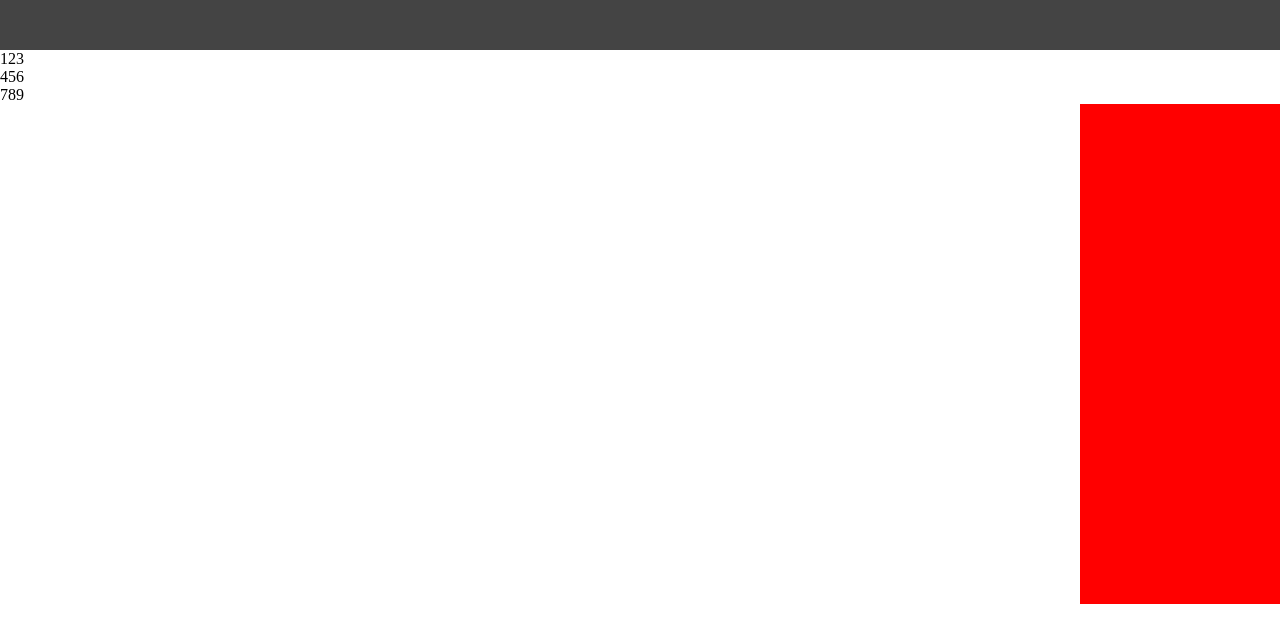
Repository: jinggegeZ/cnode
Page: /home
An editor plug-in stored every save of this project. The page is shown before and after the next save, followed by the edit.
The browser window is 1280 px wide. The pictures show the whole page.
The project was rebuilt for these pictures with package versions that can differ from the ones it lists, and the page was loaded fresh each time.

Above is the page before, as saved 2020-06-04 18:52:42.

### src/App.vue
<template>
  <div id="app">
    <router-view/>
  </div>
</template>

<style lang="scss">
   * {
  margin: 0;
  padding: 0;
 }
</style>

### src/router/index.js
import Vue from 'vue'
import VueRouter from 'vue-router'
import Home from '../views/Home.vue'
import layout from '../views/layout1/layout'

Vue.use(VueRouter)

  const routes = [
    {
      path:'/home',
      redirect:'/'
    },
  {
    path:'/',
    name:'layout',
    component: layout,
    children: [
      {
        path: '',
        name: 'Home',
        component: Home
      },
    ]
  },

  {
    path: '/about',
    name: 'About',
    component: () => import('../views/About.vue')
  },
  {
    path: '/parents',
    name: 'parents',
    component: () => import('../views/parents/parents.vue'),

  },
]

const router = new VueRouter({
  mode: 'history',
  base: process.env.BASE_URL,
  routes
})

export default router

### src/views/Home.vue
<template>
 <div>
  <div>123</div>
  <div>456</div>
  <div>789</div>
 </div>
</template>

<script>

 export default {
   data () {
     return {

     }
   },
   components: {

   },
   methods: {

   },
   mounted() {

   },
   watch: {

   },
   computed: {

   }
 }
</script>

<style scoped>

</style>

### src/views/layout1/layout.vue
<template>
 <div>
    <div class="container">
        <div class="top">
            <div class="t-head">
            <top></top>
            </div>
        </div>
        <div class="content">
            <div>
                <router-view></router-view>
            </div>
            <div class="right">
                <right></right>
            </div>

        </div>
    </div>
 </div>
</template>

<script>
    import top from '../../components/top/top'
    import right from '../../components/right/right'

 export default {
     name:'layout',
   data () {
     return {

     }
   },
   components: {
       top,
       right,
   },
   methods: {

   },
   mounted() {

   },
   watch: {

   },
   computed: {

   }
 }
</script>

<style scoped>
    .container {
        width: 100%;
    }
    .top {
        width: 100%;

    }
    .t-head {
        max-width: 1400px;
    }
</style>

### src/components/top/top.vue
<template>
 <div>
    <div class="top"></div>
 </div>
</template>

<script>
 export default {
   data () {
     return {

     }
   },
   components: {

   },
   methods: {

   },
   mounted() {

   },
   watch: {

   },
   computed: {

   }
 }
</script>

<style scoped >
    .top {
        width: 100%;
        height: 50px;
        background:rgb(68,68,68);
        display: flex;
        justify-content: center;
        position: relative;
    }
</style>

### src/components/right/right.vue
<template>
 <div>
    <div class="right"></div>
 </div>
</template>

<script>
 export default {
   data () {
     return {

     }
   },
   components: {

   },
   methods: {

   },
   mounted() {

   },
   watch: {

   },
   computed: {

   }
 }
</script>

<style scoped>
    .right {
        width: 200px;
        height: 500px;
        background: red;
        position: absolute;
        right: 0;
    }
</style>

Loaded but not shown: public/index.html (common file); src/main.js (common file); src/store/index.js (common file)

After the next save:
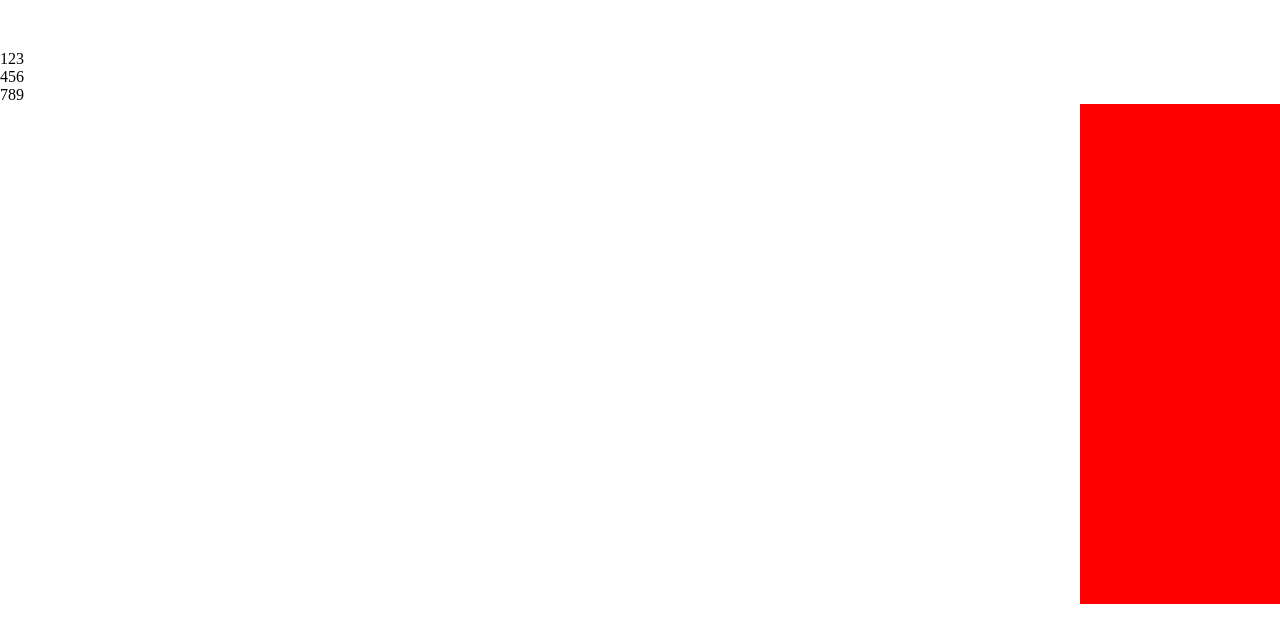
Saved 107 s later.
--- a/src/views/layout1/layout.vue
+++ b/src/views/layout1/layout.vue
@@ -1,11 +1,11 @@
 <template>
  <div>
     <div class="container">
-        <div class="top">
+
             <div class="t-head">
             <top></top>
             </div>
-        </div>
+
         <div class="content">
             <div>
                 <router-view></router-view>
@@ -53,11 +53,11 @@
     .container {
         width: 100%;
     }
-    .top {
-        width: 100%;
+
+    .t-head {
+        max-width: 1400px;
+        display: flex;
+        justify-content: center;
 
     }
-    .t-head {
-        max-width: 1400px;
-    }
 </style>

After the 2 saves that followed:
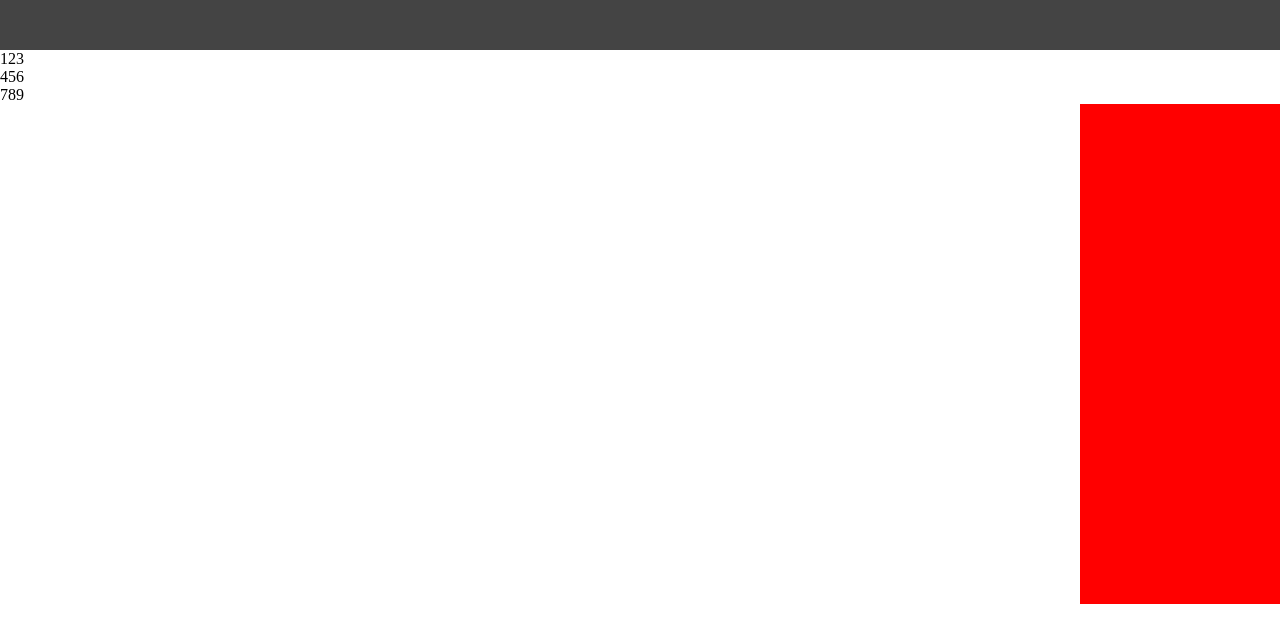
The 2 saves are shown as one change because 1 left the picture as it was.
The last was saved 29 s later.
--- a/src/views/layout1/layout.vue
+++ b/src/views/layout1/layout.vue
@@ -56,8 +56,7 @@
 
     .t-head {
         max-width: 1400px;
-        display: flex;
-        justify-content: center;
+
 
     }
 </style>
--- a/src/components/top/top.vue
+++ b/src/components/top/top.vue
@@ -36,6 +36,6 @@
         background:rgb(68,68,68);
         display: flex;
         justify-content: center;
-        position: relative;
+
     }
 </style>
